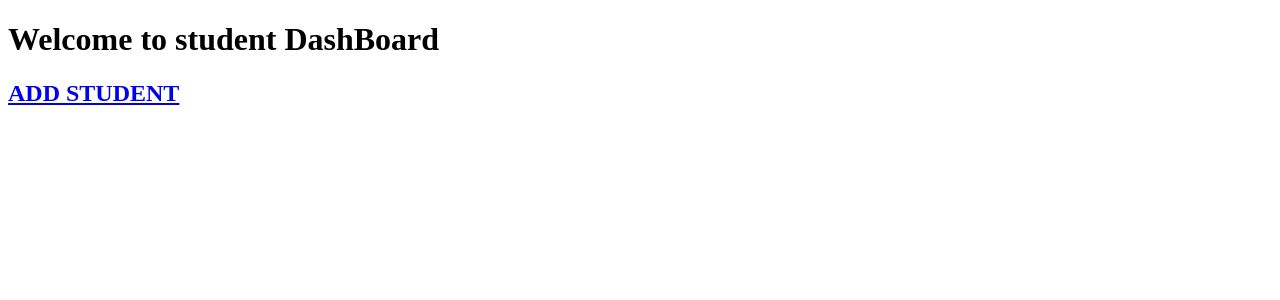
Repository: RathanGP/Spring
Page: http://localhost/SpringMvc_Student/
An editor plug-in stored every save of this project. The page is shown before and after the next save, followed by the edit.
The browser window is 1280 px wide. The pictures show the whole page.
The page is served by Tomcat 9. Nobody is signed in. The application's start-up code is not run. Other server files are loaded and not shown.

Above is the page before, as saved 2024-08-14 18:51:57.

### SpringMvc_Student/src/main/webapp/index.jsp
<%@ page language="java" contentType="text/html; charset=UTF-8"
    pageEncoding="UTF-8"%>
<!DOCTYPE html>
<html>
<head>
<meta charset="UTF-8">
<title>Insert title here</title>
</head>
<body>

	<h1>Welcome to student DashBoard</h1>
	<h2>
		<a href="AddStudent.jsp">ADD STUDENT</a>
	</h2>

</body>
</html>

After the next save:
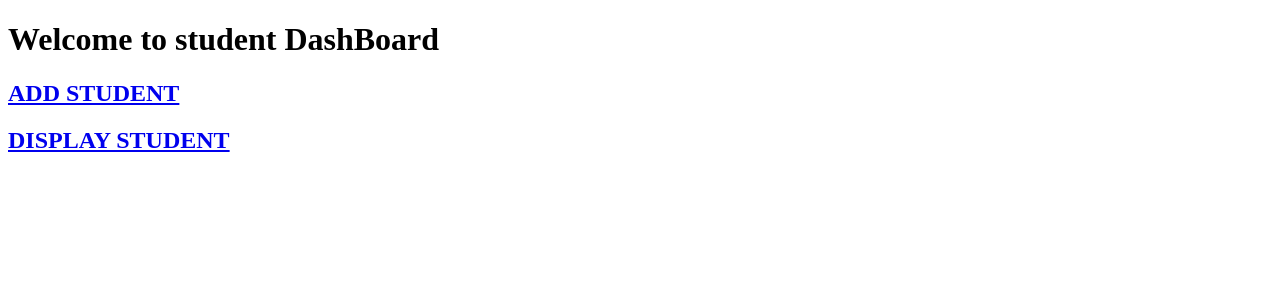
Saved 89 s later.
--- a/SpringMvc_Student/src/main/webapp/index.jsp
+++ b/SpringMvc_Student/src/main/webapp/index.jsp
@@ -12,6 +12,9 @@
 	<h2>
 		<a href="AddStudent.jsp">ADD STUDENT</a>
 	</h2>
+	<h2>
+		<a href="DisplayStudent">DISPLAY STUDENT</a>
+	</h2>
 
 </body>
 </html>
